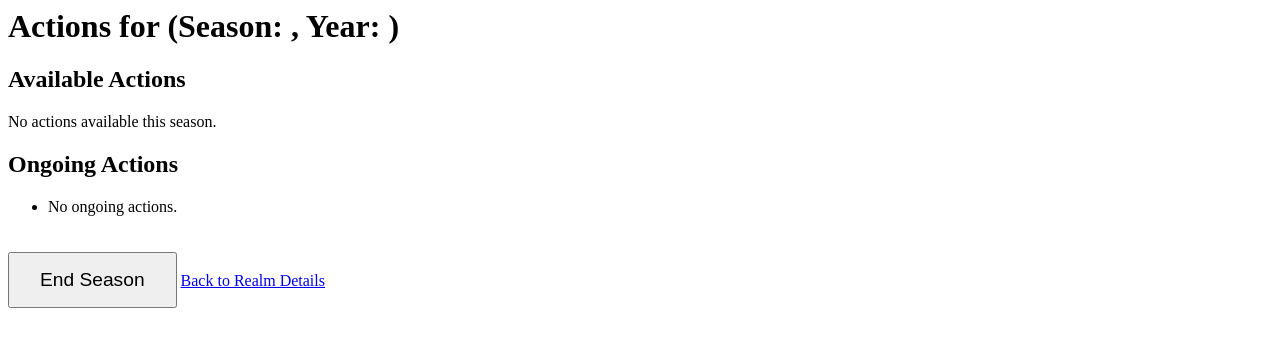
Repository: beowulf-gr/Empire-manager
Page: empire_manager/realms/templates/realms/player_actions.html
These files come from the project's save history. The page is drawn as it stood at one moment and after the next save; the edit follows.
The browser window is 1280 px wide. The pictures show the whole page.
The template is drawn by Django 5.2. The application's start-up code is not run. The template is opened directly, without the code that normally fills it, so the values that code supplies are empty.

Above is the page before, as saved 2025-05-20 17:59:24.
Console error (its wording comes from the project's code and is left out).

After the next save:
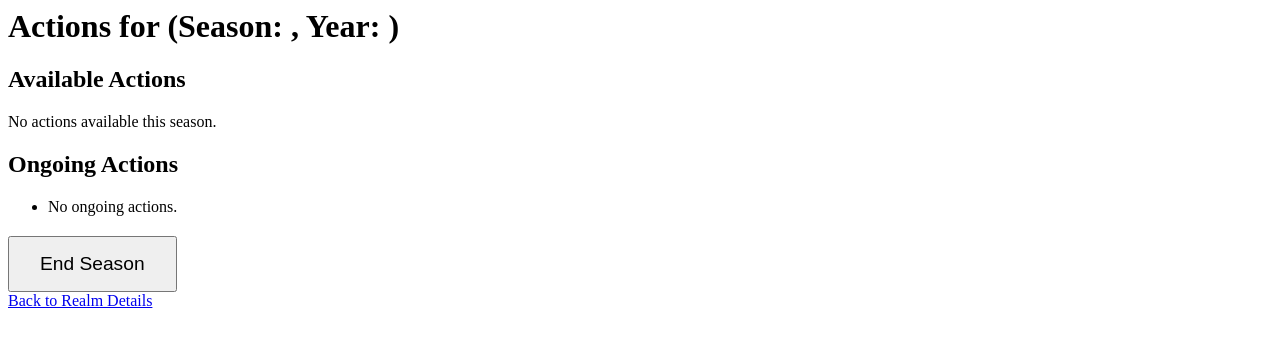
Saved 10 s later.
--- a/empire_manager/realms/templates/realms/player_actions.html
+++ b/empire_manager/realms/templates/realms/player_actions.html
@@ -227,6 +227,11 @@
         font-size: 1.2em;
         margin-top: 20px;
         cursor: pointer;
+        /* NEW: Make it a block-level element */
+        display: block;
+        width: fit-content; /* Make it only as wide as its content */
+        margin-left: 0; /* Align left if it was centered by margin:auto */
+        margin-right: auto;
     }
 
     .modal {
